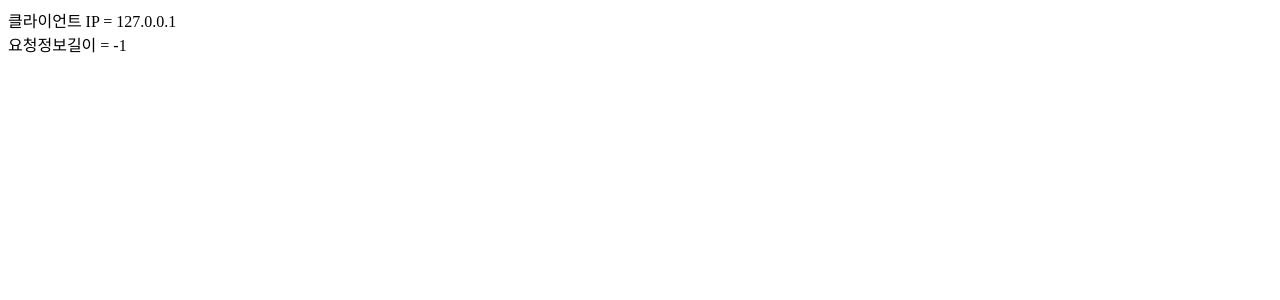
Repository: xo461/test
Page: http://localhost/ch03jsp/requestInfo.jsp
The author's editor kept a copy of each file at every save. The page is drawn from the files as they stood at one save, then again after the next save.
The browser window is 1280 px wide. The pictures show the whole page.
The page is served by Tomcat 9.

Above is the page before, as saved 2019-11-13 01:45:18.

### jsp/ch03jsp/WebContent/requestInfo.jsp
<%@ page language="java" contentType="text/html; charset=UTF-8"
    pageEncoding="UTF-8"%>
<!DOCTYPE html>
<html>
<head>
<meta http-equiv="Content-Type" content="text/html; charset=UTF-8">
<title>클라이언트 및 서버 정보 </title>
</head>
<body>
<!-- JSP 기본객체 : JSP 프로그램에서 생성을 하지 않더라도 이미 생성이 되어서 사용 할 수 있는 객체 변수 예)request -->
클라이언트 IP = <%= request.getRemoteAddr()%><br/>
<% System.out.println(request.getRemoteAddr()); %>
요청정보길이 = <%= request.getContentLengthLong() %><br/>
</body>
</html>

After the next save:
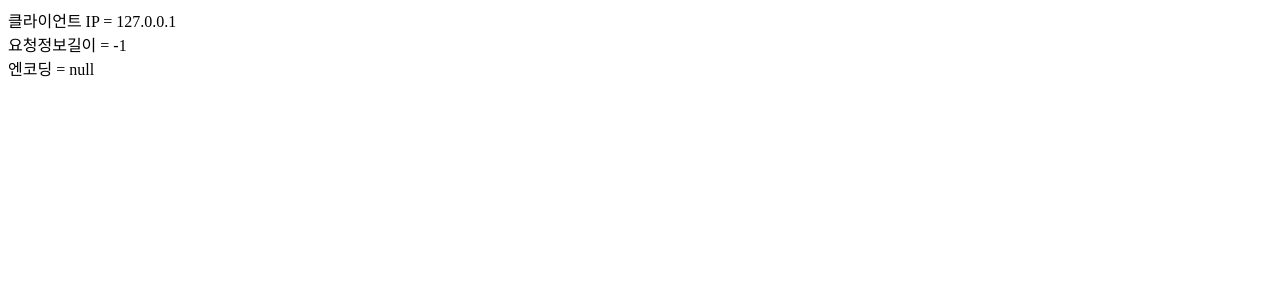
Saved 59 s later.
--- a/jsp/ch03jsp/WebContent/requestInfo.jsp
+++ b/jsp/ch03jsp/WebContent/requestInfo.jsp
@@ -11,5 +11,6 @@
 클라이언트 IP = <%= request.getRemoteAddr()%><br/>
 <% System.out.println(request.getRemoteAddr()); %>
 요청정보길이 = <%= request.getContentLengthLong() %><br/>
+엔코딩 = <%= request.getCharacterEncoding() %><br/>
 </body>
 </html>
